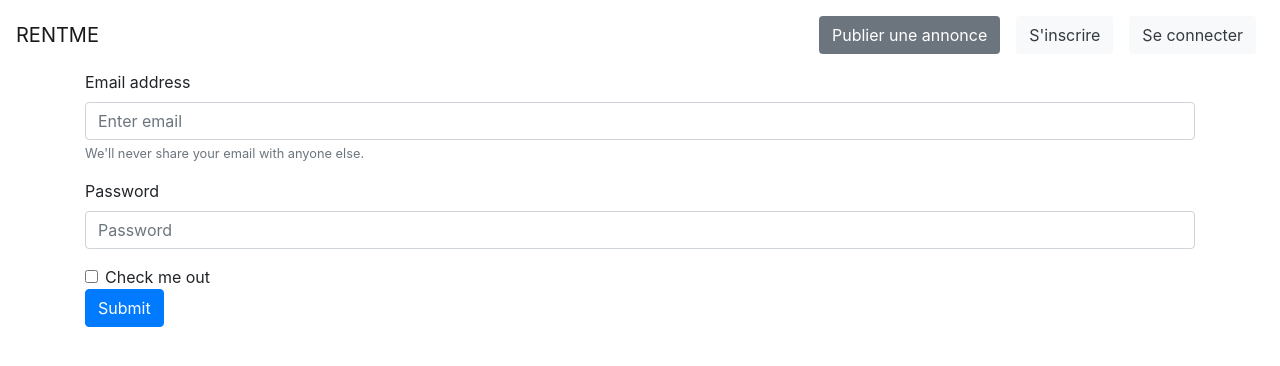
Repository: johan1412/rentme-front
Page: /login
These files come from the project's save history. The page is drawn as it stood at one moment and after the next save; the edit follows.
The browser window is 1280 px wide. The pictures show the whole page.
The project was rebuilt for these pictures with package versions that can differ from the ones it lists, and the page was loaded fresh each time. Also part of the build but not shown: vue.config.js, src/components/auth/Register.vue, src/components/Home.vue.

Above is the page before, as saved 2021-12-14 19:15:35.

### src/main.js
import Vue from "vue";
import App from "./App.vue";
import VueRouter from 'vue-router'
import Login from './components/auth/Login.vue'
import Register from './components/auth/Register.vue'

import HomePage from './components/Home.vue'
import { BootstrapVue, IconsPlugin } from 'bootstrap-vue'

// Import Bootstrap an BootstrapVue CSS files (order is important)
import 'bootstrap/dist/css/bootstrap.css'
import 'bootstrap-vue/dist/bootstrap-vue.css'

// Make BootstrapVue available throughout your project
Vue.use(BootstrapVue)
// Optionally install the BootstrapVue icon components plugin
Vue.use(IconsPlugin)

Vue.config.productionTip = false;

Vue.use(VueRouter)


const routes = [
  { path: '/', component: HomePage },
  { path: '/login', component: Login },
  { path: '/register', component: Register },
]

const router = new VueRouter({
  routes,
  history : true,
  mode : 'history'
})


new Vue({
  render: (h) => h(App),
  router
}).$mount("#app");

### src/App.vue
<template>
  <router-view />
</template>
<script>
export default {
  name: "App"
};
</script>

<style>

</style>

### src/components/auth/Login.vue
<template>
<div>
<nav-bar />
<div class="container m-auto">
  <form>
      <div class="form-group">
        <label for="exampleInputEmail1">Email address</label>
        <input type="email" class="form-control" id="exampleInputEmail1" aria-describedby="emailHelp" placeholder="Enter email">
        <small id="emailHelp" class="form-text text-muted">We'll never share your email with anyone else.</small>
      </div>
      <div class="form-group">
        <label for="exampleInputPassword1">Password</label>
        <input type="password" class="form-control" id="exampleInputPassword1" placeholder="Password">
      </div>
      <div class="form-check">
        <input type="checkbox" class="form-check-input" id="exampleCheck1">
        <label class="form-check-label" for="exampleCheck1">Check me out</label>
      </div>
      <button type="submit" class="btn btn-primary">Submit</button>
  </form>
</div>
  </div>
</template>

<script>
import NavBar from '../layouts/NavBar.vue';
export default {
  name: "Login",
  components: {
    NavBar,
  },

};
</script>

### src/components/layouts/NavBar.vue
<template>
<div>
  <b-navbar toggleable="lg" type="light" variant="white">
    <b-navbar-brand href="/" class="fw-bold">RENTME</b-navbar-brand>
    <b-collapse id="nav-collapse" is-nav>
      <b-navbar-nav class="ml-auto">
        <b-nav-item><router-link class="btn bg-secondary text-white" to="register">Publier une annonce</router-link></b-nav-item>
        <b-nav-item><router-link class="btn bg-light text-dark" to="register">S'inscrire</router-link></b-nav-item>
        <b-nav-item><router-link class="btn bg-light text-dark" to="login">Se connecter</router-link></b-nav-item>
      </b-navbar-nav>
    </b-collapse>
  </b-navbar>
</div>
</template>
<script>

export default {
  name: "NavBar"
};
</script>

Loaded but not shown: public/index.html (common file)

After the next save:
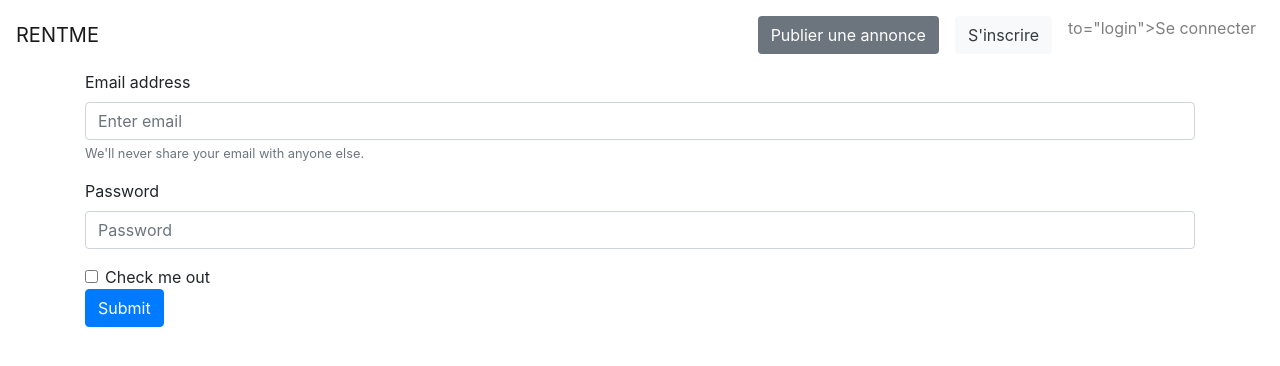
Saved 57 s later.
--- a/src/components/layouts/NavBar.vue
+++ b/src/components/layouts/NavBar.vue
@@ -6,7 +6,7 @@
       <b-navbar-nav class="ml-auto">
         <b-nav-item><router-link class="btn bg-secondary text-white" to="register">Publier une annonce</router-link></b-nav-item>
         <b-nav-item><router-link class="btn bg-light text-dark" to="register">S'inscrire</router-link></b-nav-item>
-        <b-nav-item><router-link class="btn bg-light text-dark" to="login">Se connecter</router-link></b-nav-item>
+        <b-nav-item>to="login">Se connecter</router-link></b-nav-item>
       </b-navbar-nav>
     </b-collapse>
   </b-navbar>

After the save that followed:
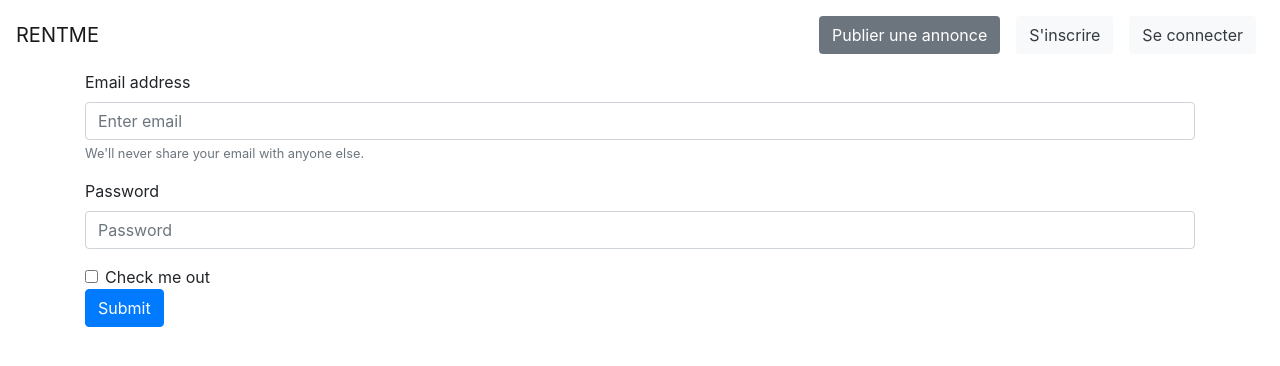
Saved 4 s later.
--- a/src/components/layouts/NavBar.vue
+++ b/src/components/layouts/NavBar.vue
@@ -6,7 +6,7 @@
       <b-navbar-nav class="ml-auto">
         <b-nav-item><router-link class="btn bg-secondary text-white" to="register">Publier une annonce</router-link></b-nav-item>
         <b-nav-item><router-link class="btn bg-light text-dark" to="register">S'inscrire</router-link></b-nav-item>
-        <b-nav-item>to="login">Se connecter</router-link></b-nav-item>
+        <b-nav-item><router-link class="btn bg-light text-dark" to="login">Se connecter</router-link></b-nav-item>
       </b-navbar-nav>
     </b-collapse>
   </b-navbar>
